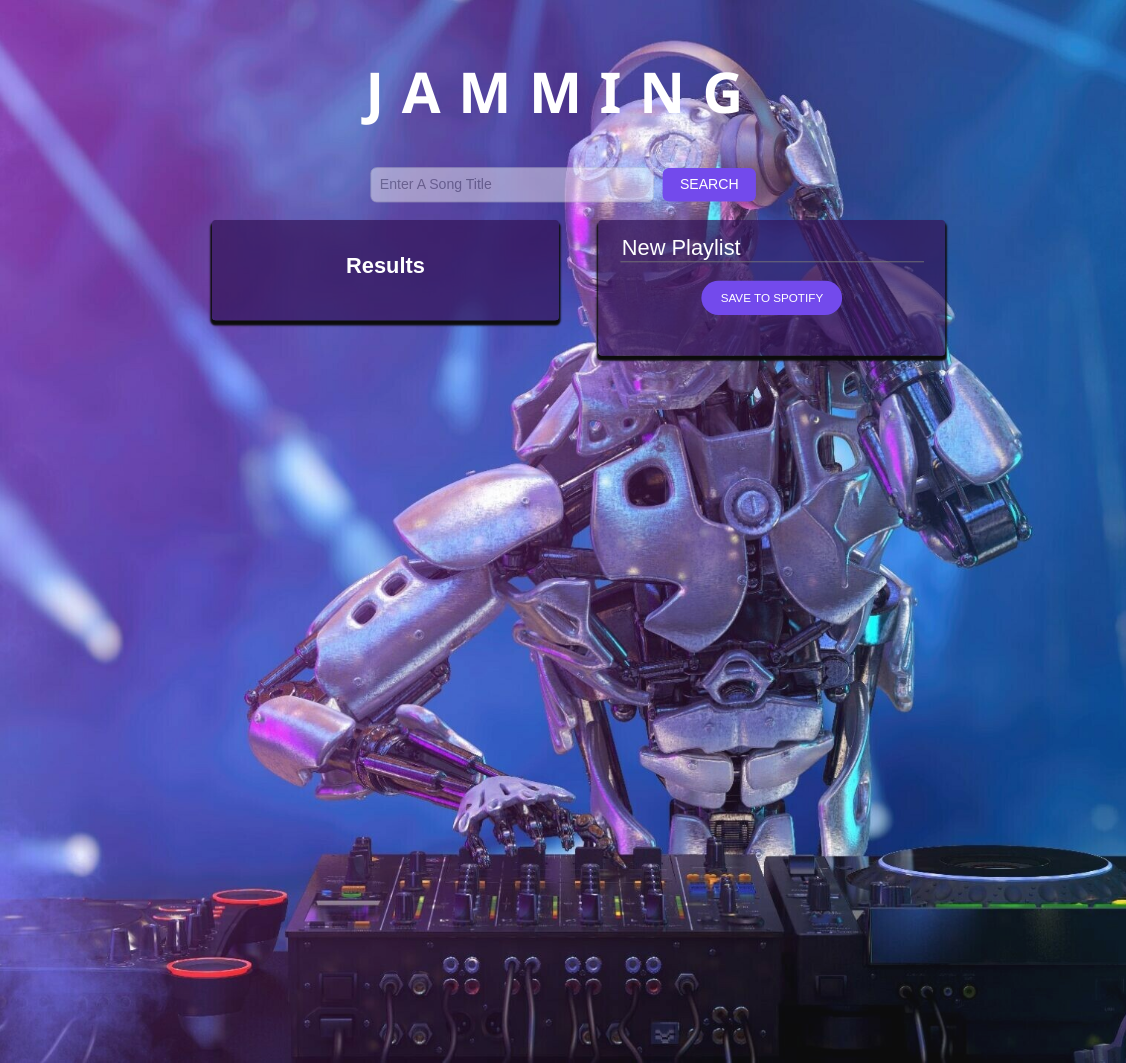
Repository: LolaSL/jamming
Page: /
These files come from the project's save history. The page is drawn as it stood at one moment and after the next save; the edit follows.
The browser window is 1280 px wide. The pictures show the whole page, at 88% of full size.
The project was rebuilt for these pictures with package versions that can differ from the ones it lists, and the page was loaded fresh each time. Also part of the build but not shown: src/components/Track/Track.css, src/components/Track/Track.jsx.

Above is the page before, as saved 2023-06-23 18:19:19.

After the next save:
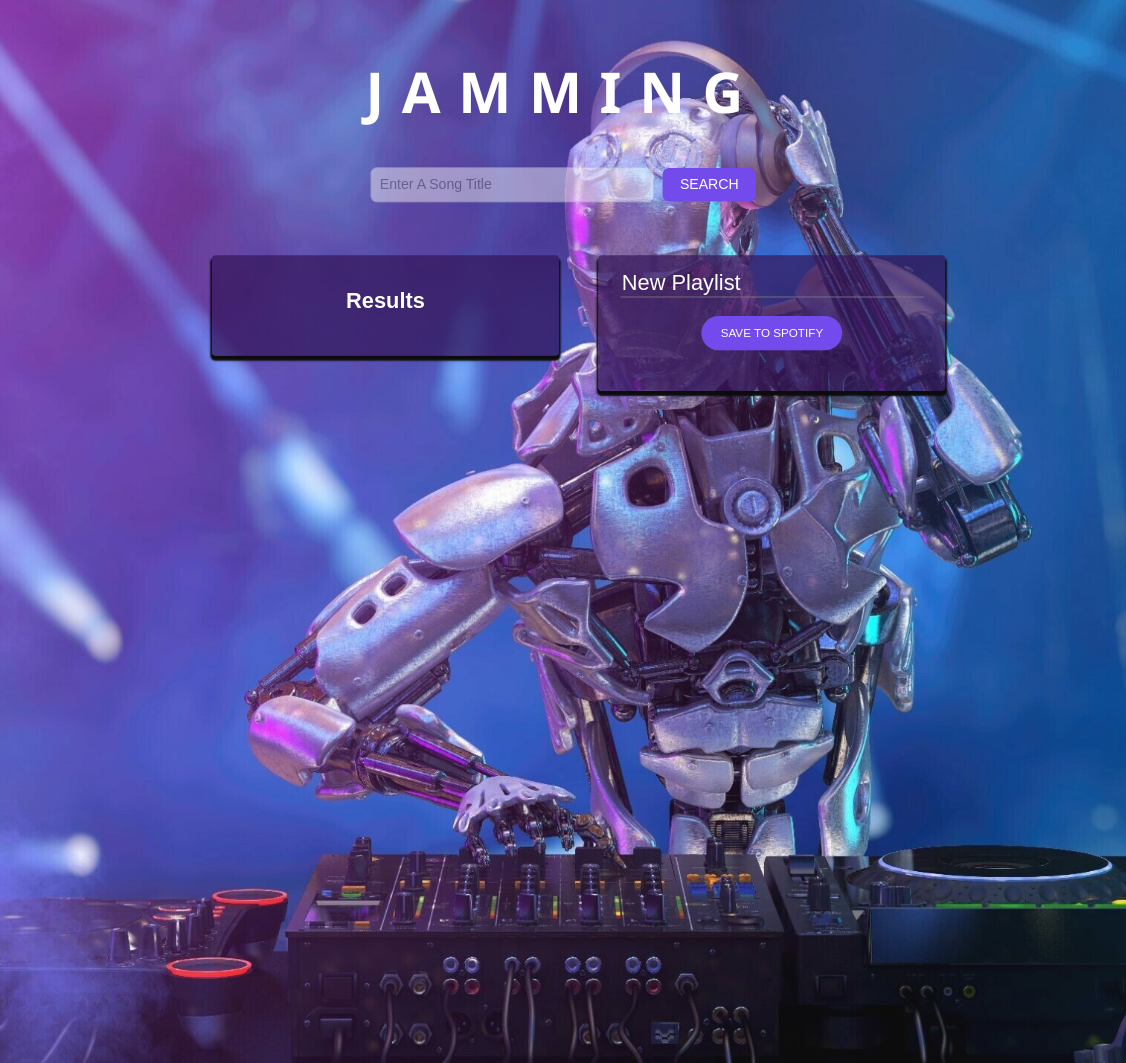
Saved 6 s later.
--- a/src/App/App.css
+++ b/src/App/App.css
@@ -50,7 +50,7 @@ h1 {
   grid-template-columns: 1fr 1fr;
   grid-gap:80px;
   align-items: justify;
-  margin: 40 auto;
+  margin: 40px auto;
 }
 
 /* CSS for SearchResults and Playlist components */
